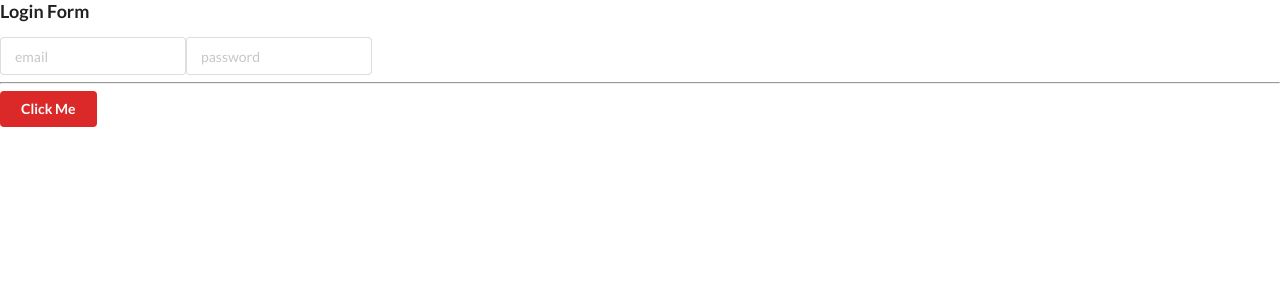
Repository: anagarango/dai-week4-assignment
Page: / (app in dai_web_ex/)
The author's editor kept a copy of each file at every save. The page is drawn from the files as they stood at one save, then again after the next save.
The browser window is 1280 px wide. The pictures show the whole page.
The project was rebuilt for these pictures with package versions that can differ from the ones it lists, and the page was loaded fresh each time. The framework's server and built-in components were replaced by stand-ins that run in the browser. Also part of the build but not shown: dai_web_ex/next.config.js.

Above is the page before, as saved 2022-09-26 15:45:55.

### dai_web_ex/pages/_app.js
import 'semantic-ui-css/semantic.min.css'

function MyApp({ Component, pageProps }) {
  return <Component {...pageProps} />
}

export default MyApp

### dai_web_ex/pages/index.js
// import { Button } from 'semantic-ui-react'
import {useRouter} from 'next/router'
import LoginForm from '../comps'
// import { Dimmer, Loader, Image, Segment } from 'semantic-ui-react'

// The router and states are mostly used in the page for data/information state management
import {useState} from 'react'

export default function Home() {
  const r = useRouter();
  //before, during, after
  const [logInState, setLogInState] = useState("before")



  // var c = "blue"
  // var btn_text = "Click Me"

  // if(logInState === "before"){
  //   c = "red";
  // } if(logInState === "during"){
  //   c = "yellow";
  //   btn_text = "Waiting..."
  // } if(logInState === "after"){
  //   c = "green";
  //   btn_text = "Transferring you to Dashboard!"
  // }



  const HandleButton = () =>{
    if (logInState === "before"){
      setLogInState("during");

    }
    if (logInState === "during"){
      setLogInState("after");

    }
    if (logInState === "after"){
      r.push("/dashboard")
    }
  }

  // async = when it takes time to connect to a server
  const Login = async () => {
    setLogInState("during");
    // its going to take time
    // mock of the time passing -> this code is useless and doesnt do anything
    await new Promise(resolve=>setTimeout(resolve, 3000))

    setLogInState("after");
    // its going to stall for 1-2 seconds
    await new Promise(resolve=>setTimeout(resolve, 2000))

    r.push("/dashboard")

  }

  return (
    <div>
      {/* <Button color={c} onClick={()=>Login()}>{btn_text} */}
      {/* <Segment>
        <Dimmer active> */}
          {/* {logInState === "during" && <Loader active/>} */}
        {/* </Dimmer>
      </Segment> */}
      {/* </Button> */}
      <LoginForm logInState={logInState} onLoginClick={()=>Login()}></LoginForm>

    </div>
  )
}

### dai_web_ex/comps/index.js
import { Button, Loader, Input } from 'semantic-ui-react'

export default function LoginForm({
    logInState="before",
    onLogInClick=()=>{}
}){

    var c = "blue"
    var btn_text = "Click Me"

  if(logInState === "before"){
    c = "red";
  } if(logInState === "during"){
    c = "yellow";
    btn_text = "Waiting..."
  } if(logInState === "after"){
    c = "green";
    btn_text = "Transferring you to Dashboard!"
  }


    return <div>
        <h3>Login Form</h3>
        <Input disabled={logInState !== "before"} placeholder="email"></Input>
        <Input disabled={logInState !== "before"} placeholder="password"></Input>
        <hr></hr>
        <Button color={c} onClick={onLogInClick}>{btn_text}
        {logInState === "during" && <Loader active/>}
        </Button>
    </div>
}

After the next save:
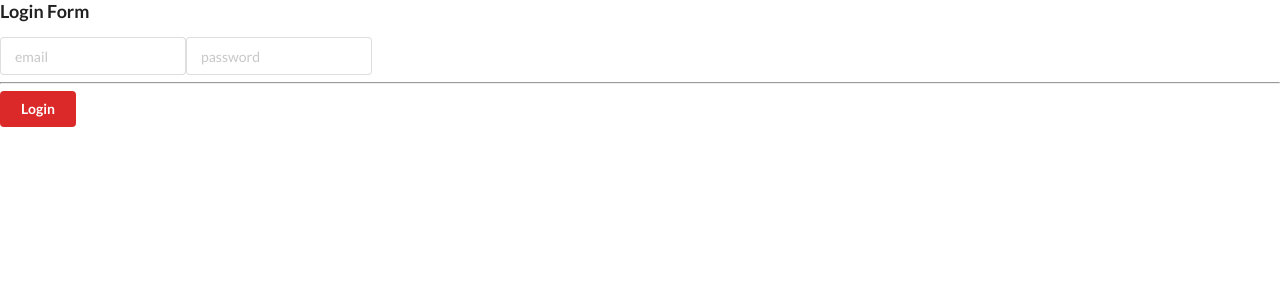
Saved 2 min 1 s later.
--- a/dai_web_ex/comps/index.js
+++ b/dai_web_ex/comps/index.js
@@ -6,14 +6,17 @@ export default function LoginForm({
 }){
 
     var c = "blue"
-    var btn_text = "Click Me"
+    var btn_text = "Click Me";
 
   if(logInState === "before"){
     c = "red";
-  } if(logInState === "during"){
+    btn_text = "Login"
+  }
+  if(logInState === "during"){
     c = "yellow";
     btn_text = "Waiting..."
-  } if(logInState === "after"){
+  }
+  if(logInState === "after"){
     c = "green";
     btn_text = "Transferring you to Dashboard!"
   }
